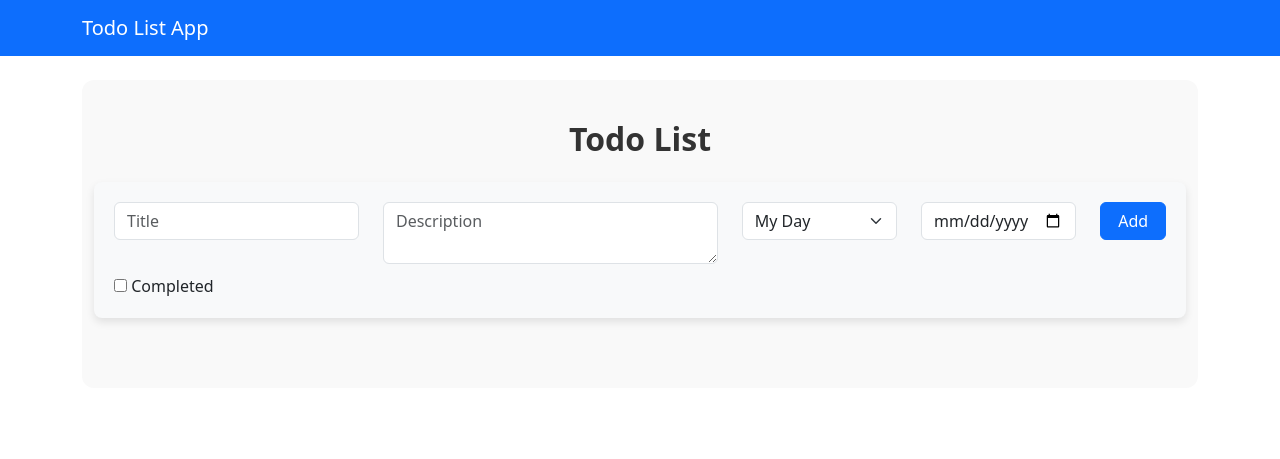
Repository: HPNChanel/Todo-List-Web-App
Page: / (app in frontend/todolist/)
These files come from the project's save history. The page is drawn as it stood at one moment and after the next save; the edit follows.
The browser window is 1280 px wide. The pictures show the whole page.
The page's requests for data from a server got no answer. The project was rebuilt for these pictures with package versions that can differ from the ones it lists, and the page was loaded fresh each time. No one was signed in, and anything a server would have sent is missing. Also part of the build but not shown: frontend/todolist/src/styles/TaskItem.css, frontend/todolist/src/components/TaskItem.js, frontend/todolist/src/styles/WelcomePage.css, frontend/todolist/src/pages/WelcomePage.js, frontend/todolist/src/styles/NotFound.css, frontend/todolist/src/pages/NotFound.js. Imported but missing from the stored project, and not drawn on this page: frontend/todolist/src/components/ContactUs.

Above is the page before, as saved 2024-11-07 22:08:06.

After the next save:
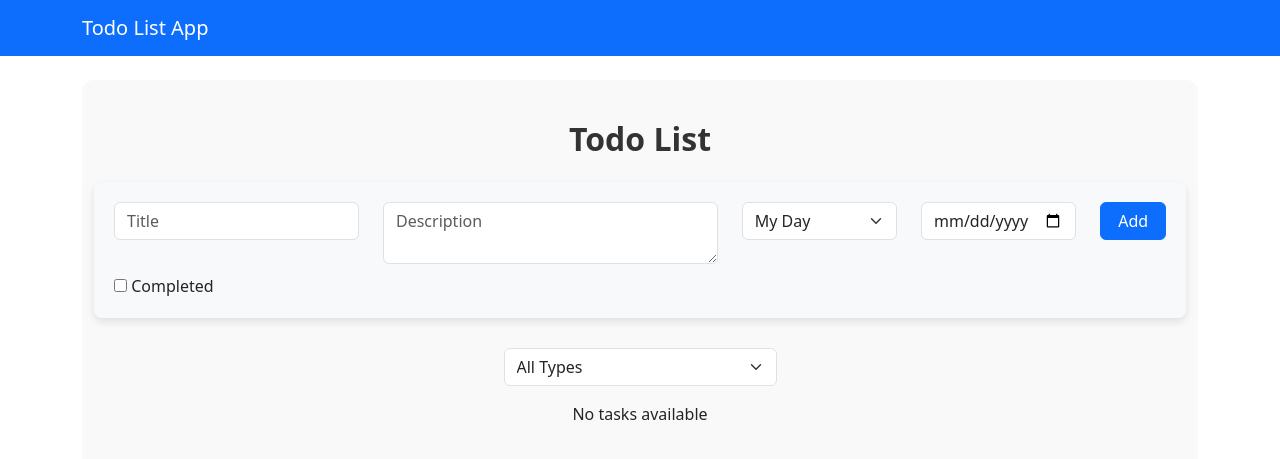
Saved 20 s later.
--- a/frontend/todolist/src/components/TaskList.js
+++ b/frontend/todolist/src/components/TaskList.js
@@ -8,6 +8,7 @@ import useTasks from '../hooks/useTasks';
 function TaskList() {
     const { tasks } = useTasks();
     const [taskToEdit, setTaskToEdit] = useState(null);
+    const [filter, setFilter] = useState("all");
 
     const handleEdit = (task) => {
         setTaskToEdit(task);
@@ -17,16 +18,34 @@ function TaskList() {
         setTaskToEdit(null);
     };
 
+    const filteredTasks = tasks.filter(task =>
+        filter === "all" || task.task_type === filter
+    );
+
     return (
         <div className="task-list container">
             <h4 className="text-center mb-4">Todo List</h4>
             <TaskForm taskToEdit={taskToEdit} clearTaskToEdit={clearTaskToEdit} />
+
+            <div className="mb-3 d-flex justify-content-center">
+                <select onChange={(e) => setFilter(e.target.value)} className="form-select w-25">
+                    <option value="all">All Types</option>
+                    <option value="MY_DAY">My Day</option>
+                    <option value="IMPORTANT">Important</option>
+                    <option value="PLANNED">Planned</option>
+                </select>
+            </div>
+
             <div className="row">
-                {tasks.map((task) => (
-                    <div key={task.id} className="col-md-4">
-                        <TaskItem task={task} onEdit={handleEdit} />
-                    </div>
-                ))}
+                {filteredTasks.length > 0 ? (
+                    filteredTasks.map((task) => (
+                        <div key={task.id} className="col-md-4">
+                            <TaskItem task={task} onEdit={handleEdit} />
+                        </div>
+                    ))
+                ) : (
+                    <p className="text-center">No tasks available</p>
+                )}
             </div>
         </div>
     );
